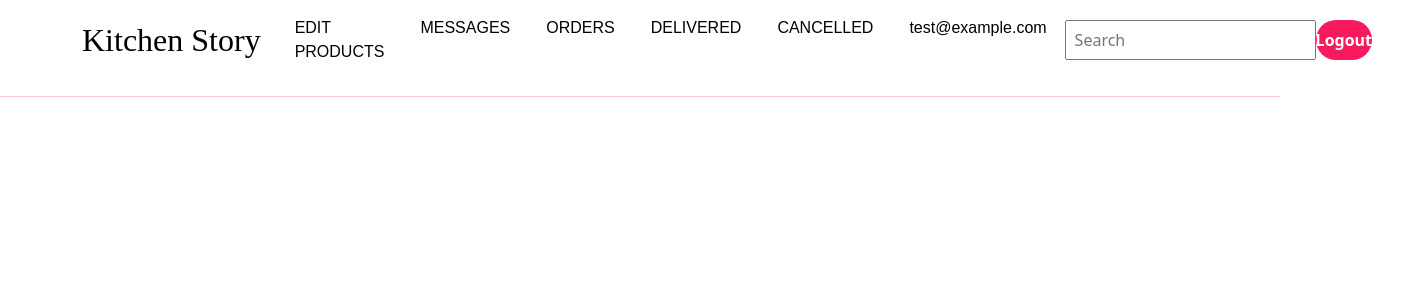
Repository: manishmachha/project-kitchenStory
Page: http://localhost/Phase_4_Kitchen_Story/admin/adminHeader.jsp
These files come from the project's save history. The page is drawn as it stood at one moment and after the next save; the edit follows.
The browser window is 1280 px wide. The page is 1408 px wide, then 1280 px, so the pictures cover 1408 px, including what lies to the right of the window. The pictures show the whole page.
Some web fonts or font styles are not loaded; a fallback is used. Some web libraries are served in a nearby version. The page is served by Tomcat 10. The session is filled in as if someone had signed in: {"email": "test@example.com"}. Other server files are loaded and not shown.

Above is the page before, as saved 2022-03-08 06:29:03.

### Phase 4 Kitchen Story/src/main/webapp/admin/adminHeader.jsp
<%@ page language="java" contentType="text/html; charset=ISO-8859-1"
	pageEncoding="ISO-8859-1"%>
<!DOCTYPE html>
<html>
<head>
<!-- Required meta tags -->
    <meta charset="utf-8">
    <meta name="viewport" content="width=device-width, initial-scale=1">

    <!-- Font Family -->
    <link rel="preconnect" href="https://fonts.googleapis.com">
    <link rel="preconnect" href="https://fonts.gstatic.com" crossorigin>
    <link href="https://fonts.googleapis.com/css2?family=Lobster&display=swap" rel="stylesheet">

    <!-- Bootstrap CSS -->
    <link href="https://cdn.jsdelivr.net/npm/bootstrap@5.0.2/dist/css/bootstrap.min.css" rel="stylesheet" integrity="sha384-EVSTQN3/azprG1Anm3QDgpJLIm9Nao0Yz1ztcQTwFspd3yD65VohhpuuCOmLASjC" crossorigin="anonymous">
    <link rel="stylesheet" href="indexStyle.css">

    <!-- font awesome -->
    <script src="https://kit.fontawesome.com/c26cd2166c.js"></script>
    <title>Kitchen Story | Home</title>
</head>
<%String email=session.getAttribute("email").toString(); %>
<nav class="navbar navbar-expand-lg">
	<div class="container">
		<a class="navbar-brand" href="#">Kitchen Story</a>
		<button class="navbar-toggler" type="button" data-bs-toggle="collapse"
			data-bs-target="#navbarScroll" aria-controls="navbarScroll"
			aria-expanded="false" aria-label="Toggle navigation">
			<span class="navbar-toggler-icon"></span>
		</button>
		<div class="collapse navbar-collapse" id="navbarScroll">
			<ul class="navbar-nav m-auto my-2 my-lg-0">
				<li class="nav-item"><a class="nav-link active" href="home.jsp">Edit Products</a>
				</li>
				<li class="nav-item"><a class="nav-link" href="#trending">Messages</a></li>
				<li class="nav-item"><a class="nav-link" href="#store"> Orders</a></li>
				<li class="nav-item"><a class="nav-link" href="home.jsp#aboutUs">Delivered</a></li>
				<li class="nav-item"><a class="nav-link" href="#">Cancelled</a></li>
				<li class="nav-item"><a class="nav-link"  id="accName" href="#"><%=email%></a>
				</li>
			</ul>
			<form class="d-flex">
				<input class="px-2 search" type="search" placeholder="Search"
					aria-label="Search">
				<button class="btn0" type="submit">Logout</button>
			</form>
		</div>
	</div>
</nav>
<hr style="color: rgb(248, 26, 92)">

### Phase 4 Kitchen Story/src/main/webapp/admin/indexStyle.css
* {
	padding: 0;
	margin: 0;
	box-sizing: border-box;
}

.navbar-brand {
	font-size: 2rem;
	color: black;
	font-family: 'Lobster', cursive;
}

.navbar-brand:hover {
	color: black;
}

.nav-link {
	margin-right: 10px;
	margin-left: 10px;
	color: black;
	font-family: 'Rubik', sans-serif;
	text-transform: uppercase;
}

.nav-link:hover {
	color: black;
}



.btn0 {
	height: 40px;
	width: 40%;
	outline: none;
	border: none;
	background: rgb(248, 26, 92);
	color: white;
	border-radius: 60px;
	font-weight: 700;
}

.main {
	background: url(images/lunch.jpg) no-repeat;
	background-size: cover;
	height: 100vh;
	background-position: 50% 50%;
	width: 100%;
}

.main h1 {
	font-size: 4rem;
	font-weight: 700;
}

.btn1 {
	height: 45px;
	width: 35%;
	border: none;
	outline: none;
	background-color: rgb(248, 26, 92);
	color: white;
	font-weight: 700;
	border-radius: 60px;
}

.btn1:hover {
	background-color: rgb(255, 41, 41);
	transition: 0.5s;
}

.btn0:hover {
	background-color: rgb(255, 41, 41);
	transition: 0.5s;
}

h1 {
	font-weight: 700;
}

.card:hover {
	box-shadow: -2px 0px 26px -4px rgba(0, 0, 0, 0.75);
	-webkit-box-shadow: -2px 0px 26px -4px rgba(0, 0, 0, 0.75);
	-moz-box-shadow: -2px 0px 26px -4px rgba(0, 0, 0, 0.75);
	transition: 0.5s;
}

img {
	border-radius: 10px;
}

.col:hover {
	box-shadow: -2px 0px 26px -4px rgba(0, 0, 0, 0.75);
	-webkit-box-shadow: -2px 0px 26px -4px rgba(0, 0, 0, 0.75);
	-moz-box-shadow: -2px 0px 26px -4px rgba(0, 0, 0, 0.75);
	transition: 0.5s;
}

.quote {
	border-radius: 40px;
	background: linear-gradient(rgba(0, 0, 0, 0.2), rgba(0, 0, 0, 0.2)),
		url(images/quote-bg.jpg) no-repeat;
	background-size: cover;
	height: 80vh;
	width: 100%;
}

.quote h1 {
	font-family: 'Lobster', cursive;
	color: bisque;
}

.quote h6 {
	color: bisque;
}

.news {
	background-color: black;
	color: white;
}

.news h1 {
	font-family: 'Lobster', cursive;
}

.fab {
	font-size: 2.5rem;
	cursor: pointer;
	padding-right: 10px;
}

.footer {
	position: fixed;
	left: 0;
	bottom: 0;
	width: 100%;
	background-color: black;
	color: white;
	text-align: center;
}
#accName{
	text-transform: lowercase;
}

After the next save:
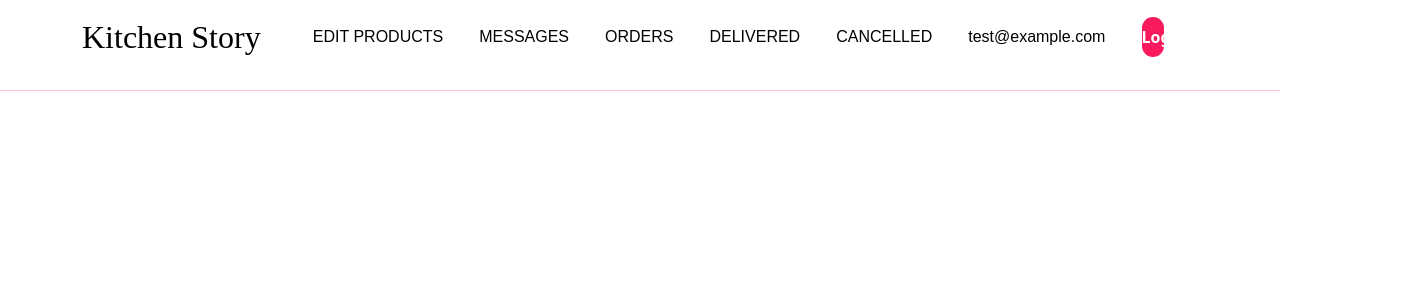
Saved 17 s later.
--- a/Phase 4 Kitchen Story/src/main/webapp/admin/adminHeader.jsp
+++ b/Phase 4 Kitchen Story/src/main/webapp/admin/adminHeader.jsp
@@ -41,8 +41,7 @@
 				</li>
 			</ul>
 			<form class="d-flex">
-				<input class="px-2 search" type="search" placeholder="Search"
-					aria-label="Search">
+
 				<button class="btn0" type="submit">Logout</button>
 			</form>
 		</div>
